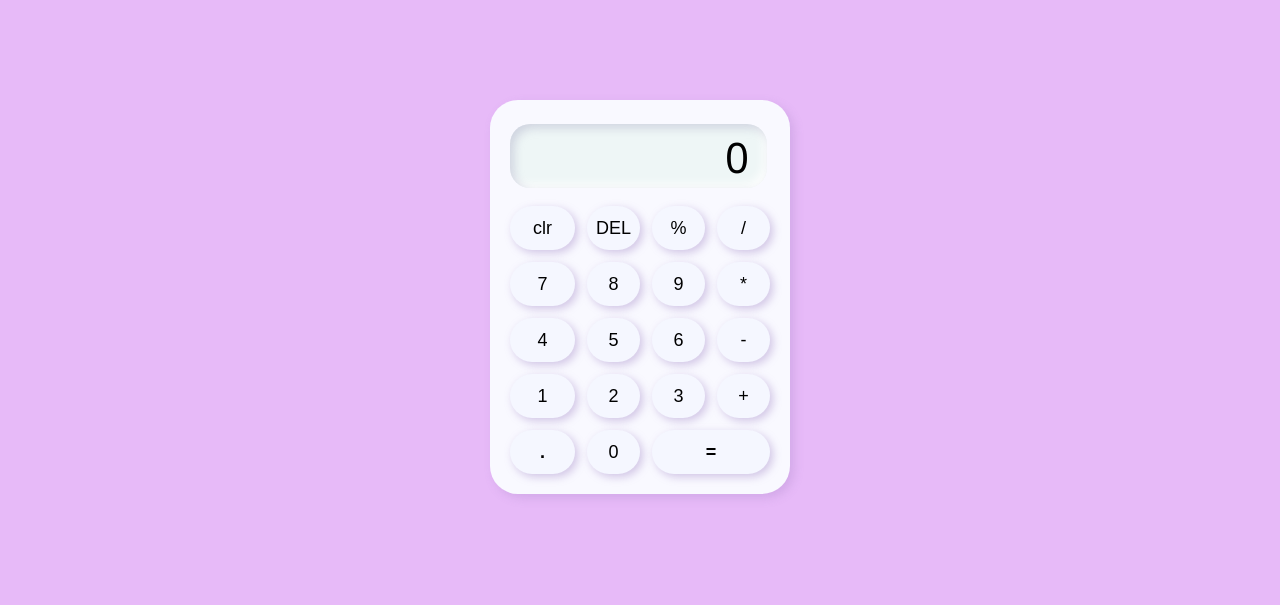
Repository: meti-guda/simple-calculator
Page: index.html
The author's editor kept a copy of each file at every save. The page is drawn from the files as they stood at one save, then again after the next save.
The browser window is 1280 px wide. The pictures show the whole page.

Above is the page before, as saved 2025-12-11 13:04:13.

### index.html
<!DOCTYPE html>
<html lang="en">
  <head>
    <meta charset="UTF-8" />
    <title>Simple Calculator</title>
    <link rel="stylesheet" href="style.css" />
  </head>
  <body>
    <div class="contianer">
      <div class="calculator">
        <div class="display">
          <div class="expression" id="expression">0</div>
        </div>

        <div class="values">
          <button data-action="clear">clr</button>
          <button data-action="del">DEL</button>
          <button data-value="%">%</button>
          <button data-value="/">/</button>

          <button data-value="7">7</button>
          <button data-value="8">8</button>
          <button data-value="9">9</button>
          <button data-value="*">*</button>

          <button data-value="4">4</button>
          <button data-value="5">5</button>
          <button data-value="6">6</button>
          <button data-value="-">-</button>

          <button data-value="1">1</button>
          <button data-value="2">2</button>
          <button data-value="3">3</button>
          <button data-value="+">+</button>

          <button class="dot" data-value=".">.</button>
          <button data-value="0">0</button>
          <button class="equal" data-action="equals">=</button>
        </div>
      </div>
    </div>

    <script src="index.js"></script>
  </body>
</html>

### style.css
body {
  display: flex;
  align-items: center;
  justify-content: center;
  background-color: #e7baf8;
  font-family: "Segoe UI", system-ui, sans-serif;
  box-sizing: border-box;
  margin-top: 100px;
  padding: 0;
}

.container {
  padding: 16px;
}

.calculator {
  max-width: 260px;
  padding: 24px 20px 20px;
  border-radius: 28px;
  background-color: #f9f9ff;
  box-shadow: 4px 4px 10px rgba(150, 121, 189, 0.25);
}

.display {
  width: 85%;
  height: 64px;
  border-radius: 20px;
  background-color: #eef6f6;
  box-shadow: inset 4px 4px 10px rgba(161, 161, 190, 0.4),
    inset -4px -4px 10px rgba(255, 255, 255, 0.9);
  display: flex;
  align-items: center;
  justify-content: flex-end;
  padding: 0 18px;
  margin-bottom: 18px;
  overflow: hidden;
}

.expression {
  font-size: 42px;
  color: #000;
  white-space: nowrap;
}

.values {
  display: grid;
  grid-template-columns: repeat(4, 1fr);
  grid-gap: 12px;
}

.values button {
  border: none;
  outline: none;
  height: 44px;
  border-radius: 150px;
  background-color: #f5f7ff;
  box-shadow: 3px 3px 8px rgba(150, 121, 189, 0.4);
  color: #000;
  font-size: 18px;
  cursor: pointer;
  transition: transform 0.08s ease, box-shadow 0.08s ease, background 0.1s;
}

button:hover {
  background-color: #c79dd3;
  color: white;
}

.values button:active {
  transform: translateY(1px);
  background-color: #c76eca;
  box-shadow: inset 2px 2px 5px rgba(150, 121, 189, 0.4);
}

.dot {
  justify-self: flex-start;
  width: 65px;
  font-weight: 700;
}

.equal {
  grid-column: span 2;
  background-color: #d87bb4;
  color: #ffffff;
  font-weight: 600;
  box-shadow: 3px 3px 8px rgba(160, 100, 150, 0.5);
}

.equal:active {
  box-shadow: inset 2px 2px 5px rgba(160, 100, 150, 0.5);
}

@media (max-width: 400px) {
  .calculator {
    width: 90%;
  }
}

### index.js
class Calculator {
  constructor() {
    this.displayValue = "0";
    this.previousValue = null;
    this.operation = null;
    this.shouldResetDisplay = false;

    // your display div has class="expression"
    this.displayElement = document.querySelector(".expression");

    this.setupEventListeners();
    this.updateDisplay();
  }

  setupEventListeners() {
    // number buttons: have data-value with 0–9 but NO data-action
    document.querySelectorAll(".values button").forEach((btn) => {
      const action = btn.dataset.action;
      const value = btn.dataset.value;

      if (!action && value !== undefined) {
        // treat as number or dot key
        if (value === ".") {
          btn.addEventListener("click", () => this.handleDecimal());
        } else {
          btn.addEventListener("click", () => this.handleNumber(value));
        }
      } else if (action) {
        // action keys
        if (action === "equals") {
          btn.addEventListener("click", () => this.handleEquals());
        } else if (action === "clear") {
          btn.addEventListener("click", () => this.handleClear());
        } else if (action === "del") {
          btn.addEventListener("click", () => this.handleDelete());
        }
      }

      // operator keys have data-value of + - * / %
      if (["+", "-", "*", "/", "%"].includes(value)) {
        btn.addEventListener("click", () => this.handleOperator(value));
      }
    });

    // keyboard support
    document.addEventListener("keydown", (e) => this.handleKeyboard(e));
  }

  handleNumber(num) {
    if (this.shouldResetDisplay) {
      this.displayValue = num;
      this.shouldResetDisplay = false;
    } else {
      this.displayValue =
        this.displayValue === "0" ? num : this.displayValue + num;
    }
    this.updateDisplay();
  }

  handleDecimal() {
    if (this.shouldResetDisplay) {
      this.displayValue = "0.";
      this.shouldResetDisplay = false;
    } else if (!this.displayValue.includes(".")) {
      this.displayValue += ".";
    }
    this.updateDisplay();
  }

  handleOperator(op) {
    const current = parseFloat(this.displayValue);

    if (this.previousValue === null) {
      this.previousValue = current;
    } else if (this.operation) {
      const result = this.calculate(
        this.previousValue,
        current,
        this.operation
      );
      this.displayValue = this.formatResult(result);
      this.previousValue = result;
      this.updateDisplay();
    }

    this.operation = op;
    this.shouldResetDisplay = true;
  }

  handleEquals() {
    if (this.operation === null || this.previousValue === null) {
      return;
    }

    const current = parseFloat(this.displayValue);
    const result = this.calculate(this.previousValue, current, this.operation);
    this.displayValue = this.formatResult(result);
    this.previousValue = null;
    this.operation = null;
    this.shouldResetDisplay = true;
    this.updateDisplay();
  }

  handleClear() {
    this.displayValue = "0";
    this.previousValue = null;
    this.operation = null;
    this.shouldResetDisplay = false;
    this.updateDisplay();
  }

  handleDelete() {
    if (this.displayValue === "0" || this.shouldResetDisplay) {
      return;
    }
    this.displayValue = this.displayValue.slice(0, -1) || "0";
    this.updateDisplay();
  }

  calculate(prev, current, op) {
    switch (op) {
      case "+":
        return prev + current;
      case "-":
        return prev - current;
      case "*":
        return prev * current;
      case "/":
        return current !== 0 ? prev / current : 0;
      case "%":
        return prev % current;
      default:
        return current;
    }
  }

  formatResult(num) {
    return parseFloat(num.toFixed(10)).toString();
  }

  handleKeyboard(e) {
    if (e.key >= "0" && e.key <= "9") this.handleNumber(e.key);
    if (e.key === ".") this.handleDecimal();
    if (["+", "-", "*", "/", "%"].includes(e.key)) {
      e.preventDefault();
      this.handleOperator(e.key);
    }
    if (e.key === "Enter" || e.key === "=") {
      e.preventDefault();
      this.handleEquals();
    }
    if (e.key === "Backspace") {
      e.preventDefault();
      this.handleDelete();
    }
    if (e.key === "Escape") {
      e.preventDefault();
      this.handleClear();
    }
  }

  updateDisplay() {
    this.displayElement.textContent = this.displayValue;
  }
}

// create calculator once DOM is loaded
document.addEventListener("DOMContentLoaded", () => {
  new Calculator();
});

After the next save:
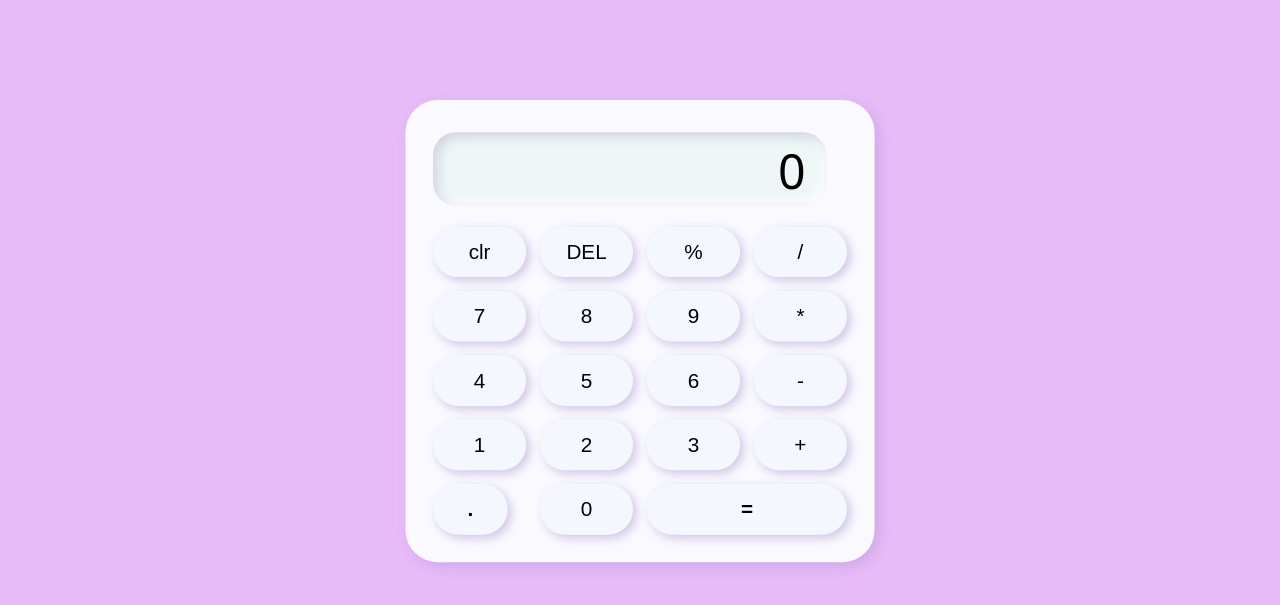
Saved 3 min 33 s later.
--- a/style.css
+++ b/style.css
@@ -14,11 +14,13 @@ body {
 }
 
 .calculator {
-  max-width: 260px;
-  padding: 24px 20px 20px;
+  width: 360px; /* was 300px */
+  padding: 28px 24px 24px;
   border-radius: 28px;
   background-color: #f9f9ff;
   box-shadow: 4px 4px 10px rgba(150, 121, 189, 0.25);
+  transform: scale(1.15); /* zoom in 15% */
+  transform-origin: center top;
 }
 
 .display {
